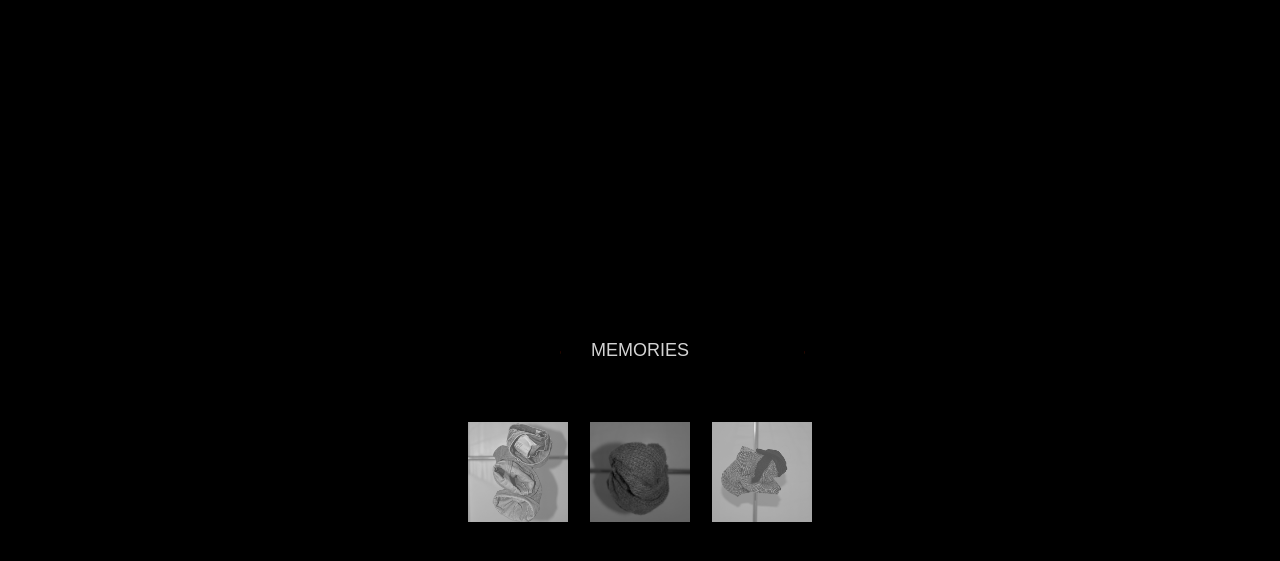
Repository: parkh899/parkh899.github.io
Page: studio/space/caart.html
The author's editor kept a record of every edit. The page is drawn from the files as they stood at one moment, then again after the next edit.
The browser window is 1280 px wide. The pictures show the whole page.

Above is the page before.

After the next edit:
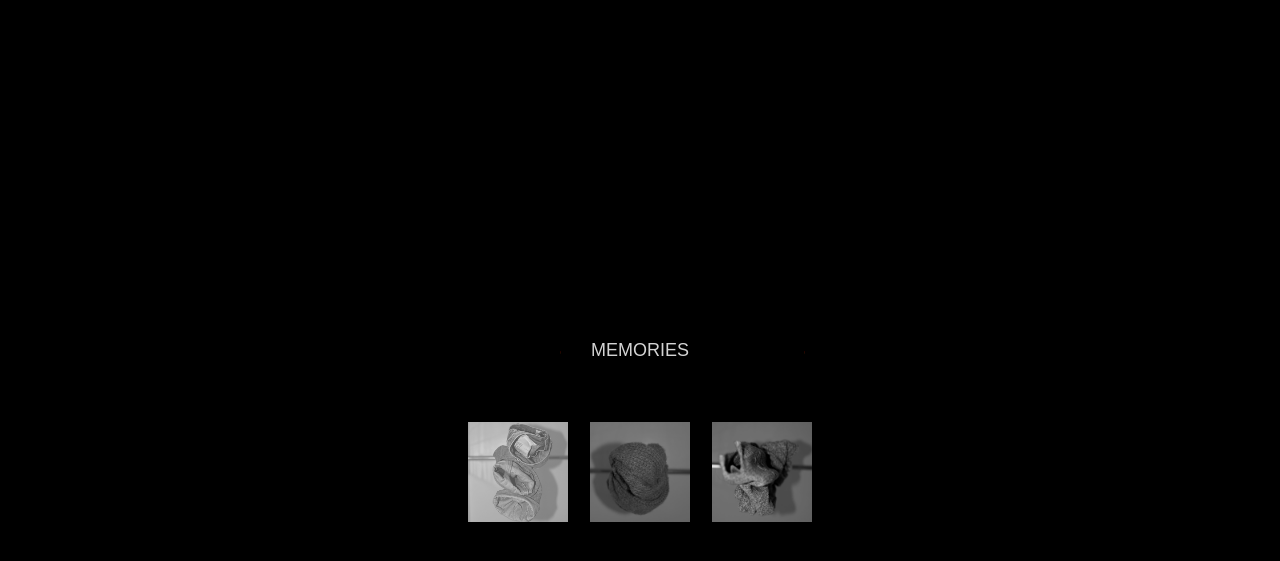
The edit:
--- a/studio/space/caart.html
+++ b/studio/space/caart.html
@@ -172,7 +172,7 @@
 		  <img class="enlarge" src="img/m21.gif"/>
 	    </td>
 	    <td valign="bottom">
-		  <img class="enlarge" src="img/exp1.gif"/>
+		  <img class="enlarge" src="img/m31.gif"/>
 	    </td>
 		<td class="memory">
 			<div class="mem10"><div>
